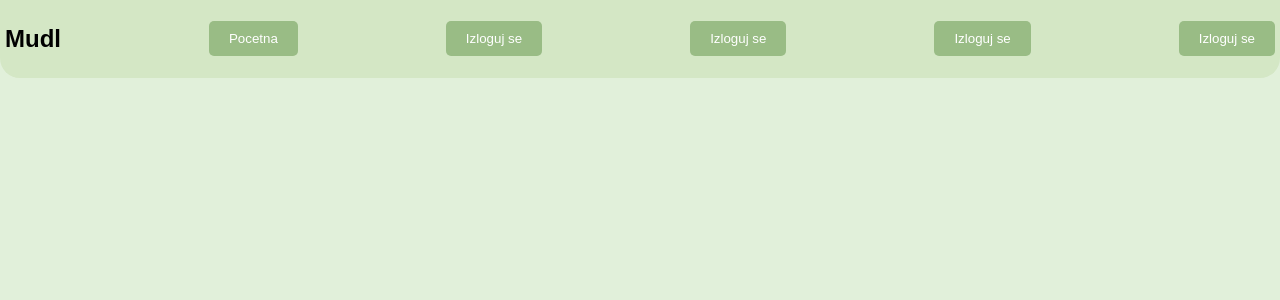
Repository: MarkoKillin/RazvojInformacionihSistemaProjekat
Page: http://localhost/MudlWeb/headers/admin_header.jsp
The author's editor kept a copy of each file at every save. The page is drawn from the files as they stood at one save, then again after the next save.
The browser window is 1280 px wide. The pictures show the whole page.
The page is served by Tomcat 10.

Above is the page before, as saved 2024-01-28 17:45:26.

After the next save:
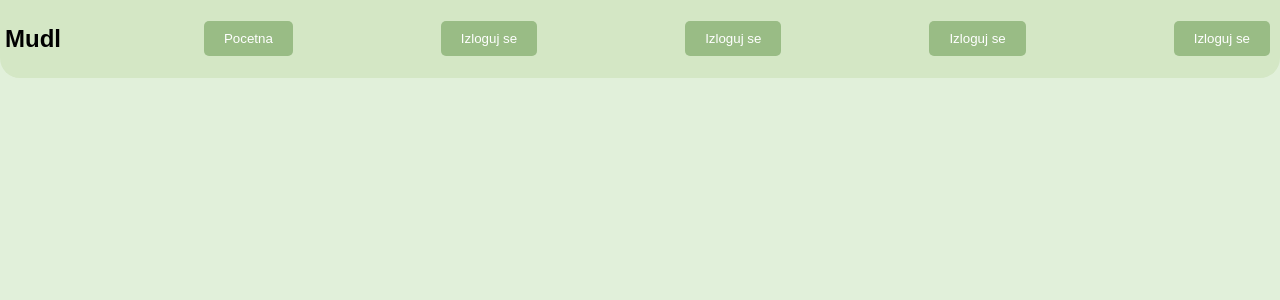
Saved 22 s later.
--- a/MudlWeb/src/main/webapp/css/styles.css
+++ b/MudlWeb/src/main/webapp/css/styles.css
@@ -48,7 +48,8 @@ button {
 	border: none;
 	border-radius: 5px;
 	cursor: pointer;
-	margin-left: 10px;
+	margin-left: 5px;
+	margin-right: 5px;
 }
 
 button:hover {
